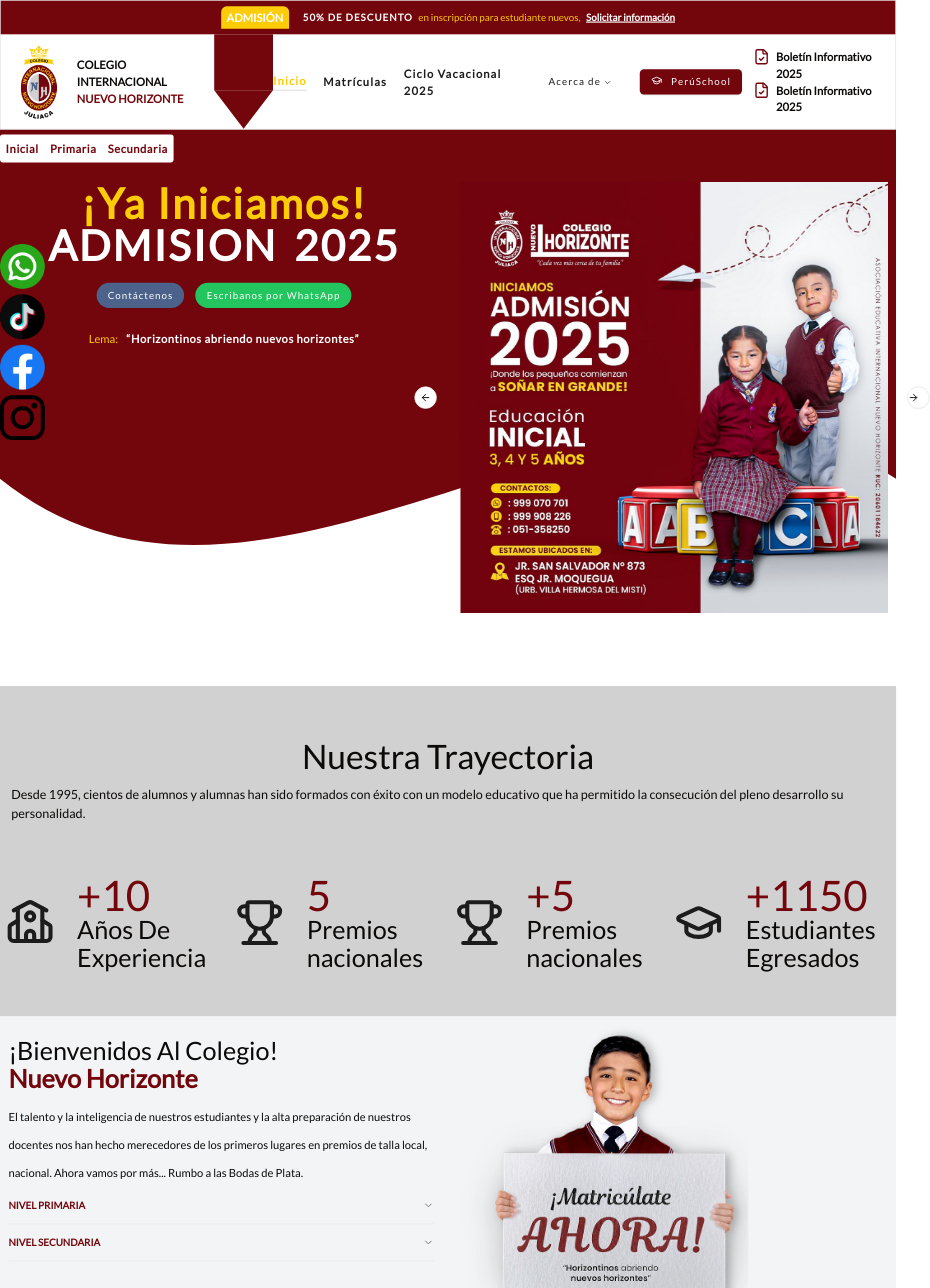
Repository: jefrydep/new_horizont_school
Page: /
The author's editor kept a copy of each file at every save. The page is drawn from the files as they stood at one save, then again after the next save.
The browser window is 1280 px wide. The page is 1328 px wide, so the pictures cover 1328 px, including what lies to the right of the window. The pictures show the part of the page from y = 0 to 1840 px (the page is 4794 px tall), at 70% of full size.
The project was rebuilt for these pictures with package versions that can differ from the ones it lists, and the page was loaded fresh each time. The framework's server and built-in components were replaced by stand-ins that run in the browser. Also part of the build but not shown: next.config.ts.

Above is the page before, as saved 2024-11-28 21:13:02.

After the next save:
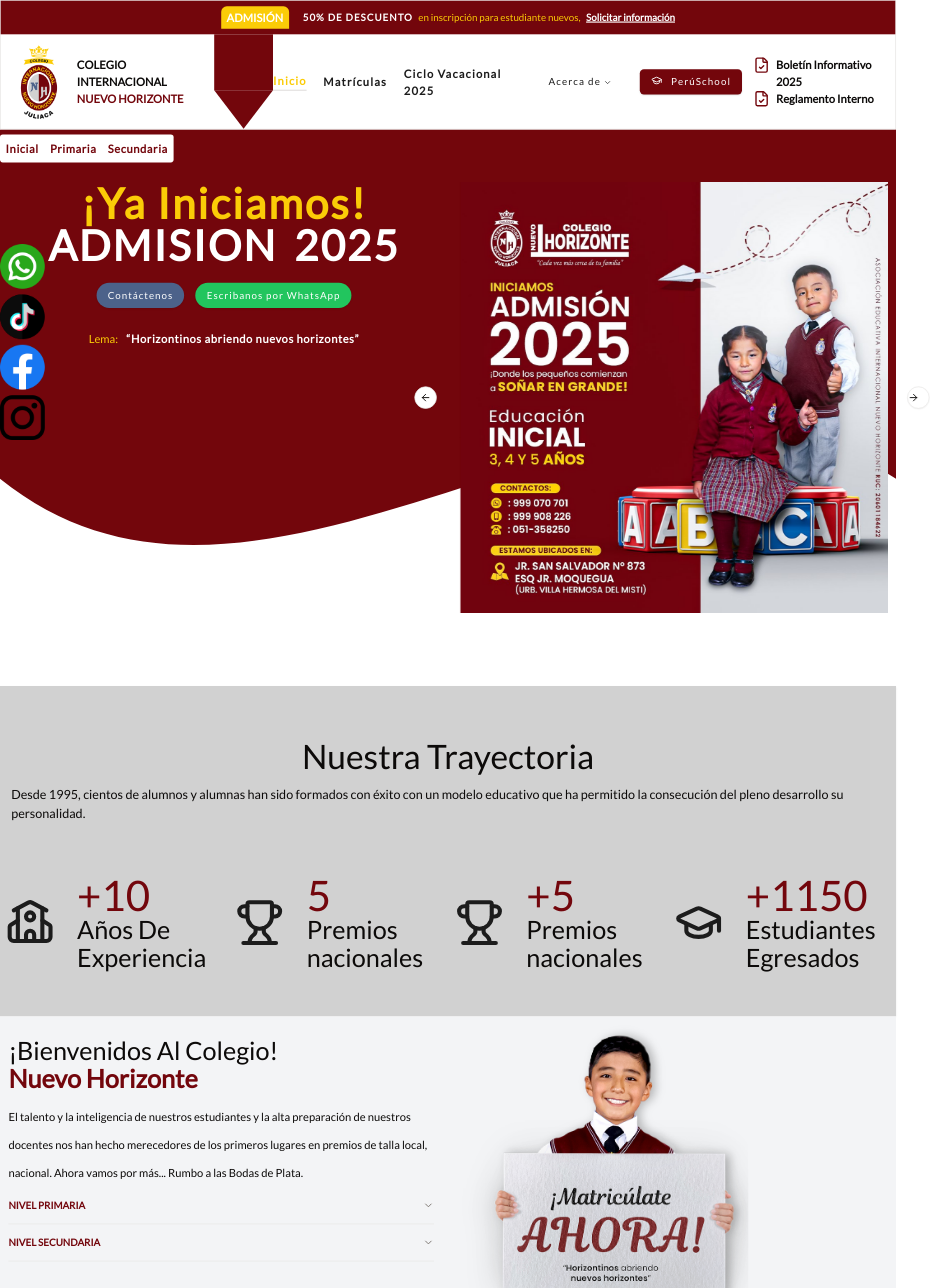
Saved 20 s later.
--- a/src/components/Navbar.tsx
+++ b/src/components/Navbar.tsx
@@ -164,7 +164,7 @@ export default function Navbar() {
               <FileCheck />
             </div>
             <a href="/boletin.pdf" target="_blank">
-              Boletín Informativo 2025
+               Reglamento Interno
             </a>
           </div>
         </div>
